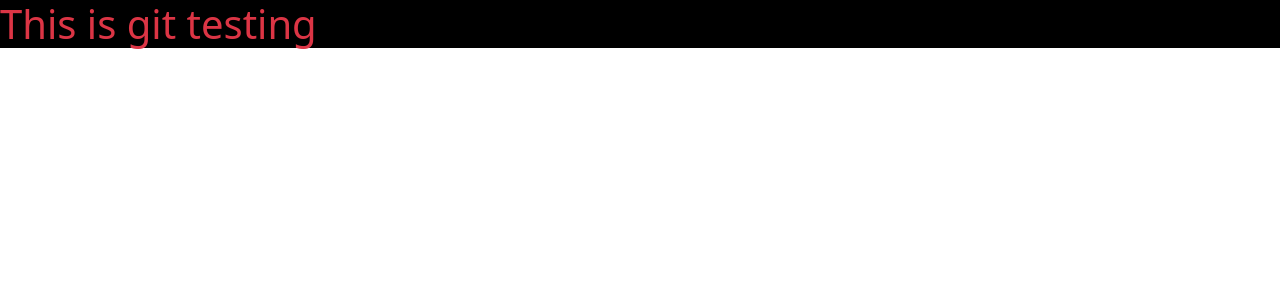
Repository: Sitnyein/sanji
Page: index.html
The author's editor kept a copy of each file at every save. The page is drawn from the files as they stood at one save, then again after the next save.
The browser window is 1280 px wide. The pictures show the whole page.

Above is the page before, as saved 2023-05-23 05:49:43.

After the next save:
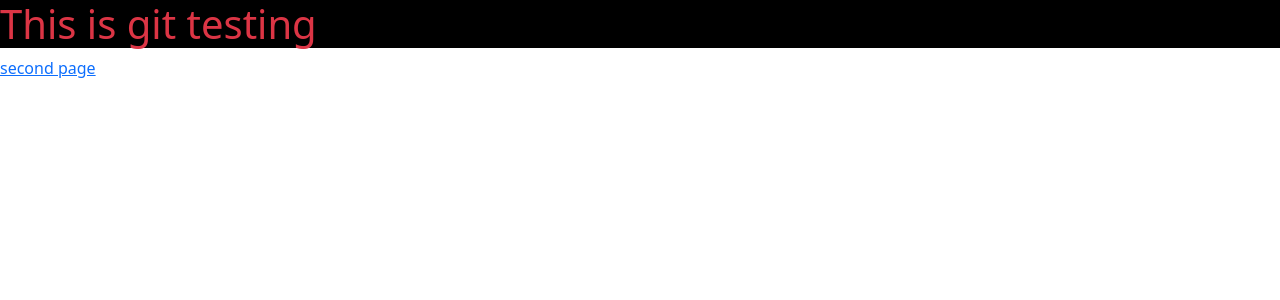
Saved 2 min 1 s later.
--- a/index.html
+++ b/index.html
@@ -11,5 +11,6 @@
     <!-- header start  -->
     <h1 class=" text-danger bg-black">This is git testing</h1>
     <!-- header end  -->
+    <a href="index1.html">second page </a>
 </body>
 </html>
